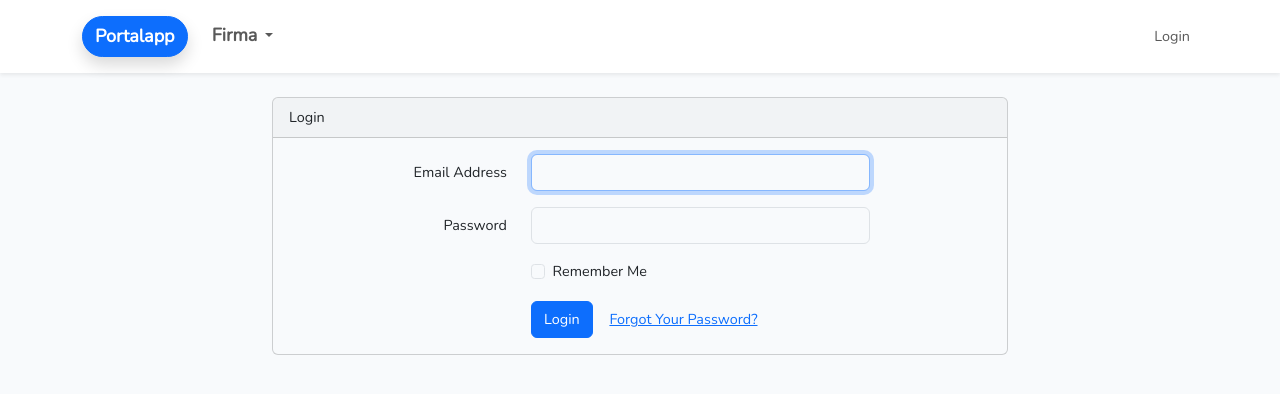
Repository: oguzhansade/portalapp
Page: http://localhost/login
An editor plug-in stored every save of this project. The page is shown before and after the next save, followed by the edit.
The browser window is 1280 px wide. The pictures show the whole page.
The page is served by the project's Laravel application, run on PHP 8.4 with Laravel 9. Style sheets and scripts are compiled from the project's sources, by tool versions that may differ from the author's.

Above is the page before, as saved 2023-06-29 11:43:18.

After the next save:
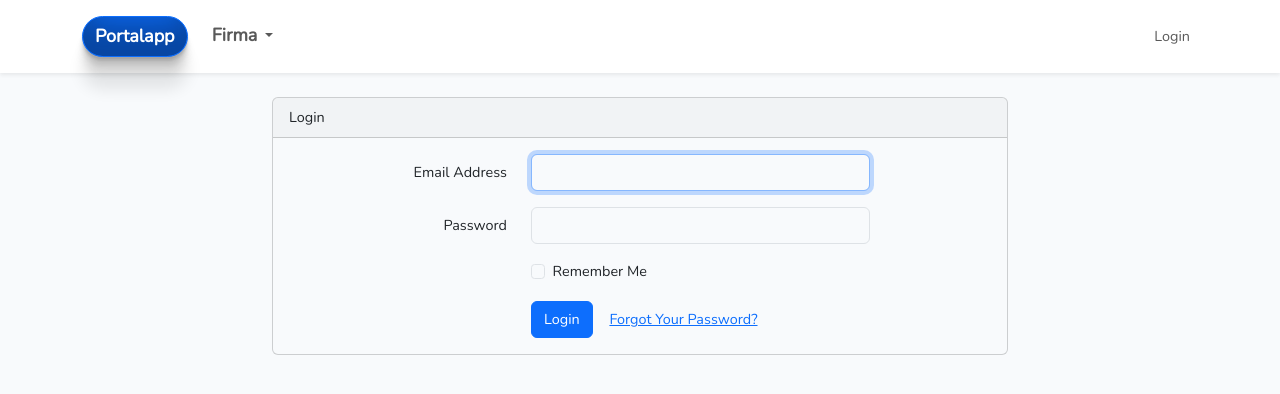
Saved 27 s later.
--- a/resources/views/layouts/app.blade.php
+++ b/resources/views/layouts/app.blade.php
@@ -39,7 +39,7 @@
     <div id="app">
         <nav class="navbar navbar-expand-md navbar-light bg-white shadow-sm ">
             <div class="container py-2">
-                <a class="btn btn-primary rounded-pill text-white navbar-brand shadow" href="{{ url('/') }}">
+                <a class="btn btn-primary rounded-pill text-white navbar-brand b-shadow" href="{{ url('/') }}">
                     <b>{{ config('app.name', 'Laravel') }}</b>
                 </a>
                 <button class="navbar-toggler" type="button" data-bs-toggle="collapse" data-bs-target="#navbarSupportedContent" aria-controls="navbarSupportedContent" aria-expanded="false" aria-label="{{ __('Toggle navigation') }}">
